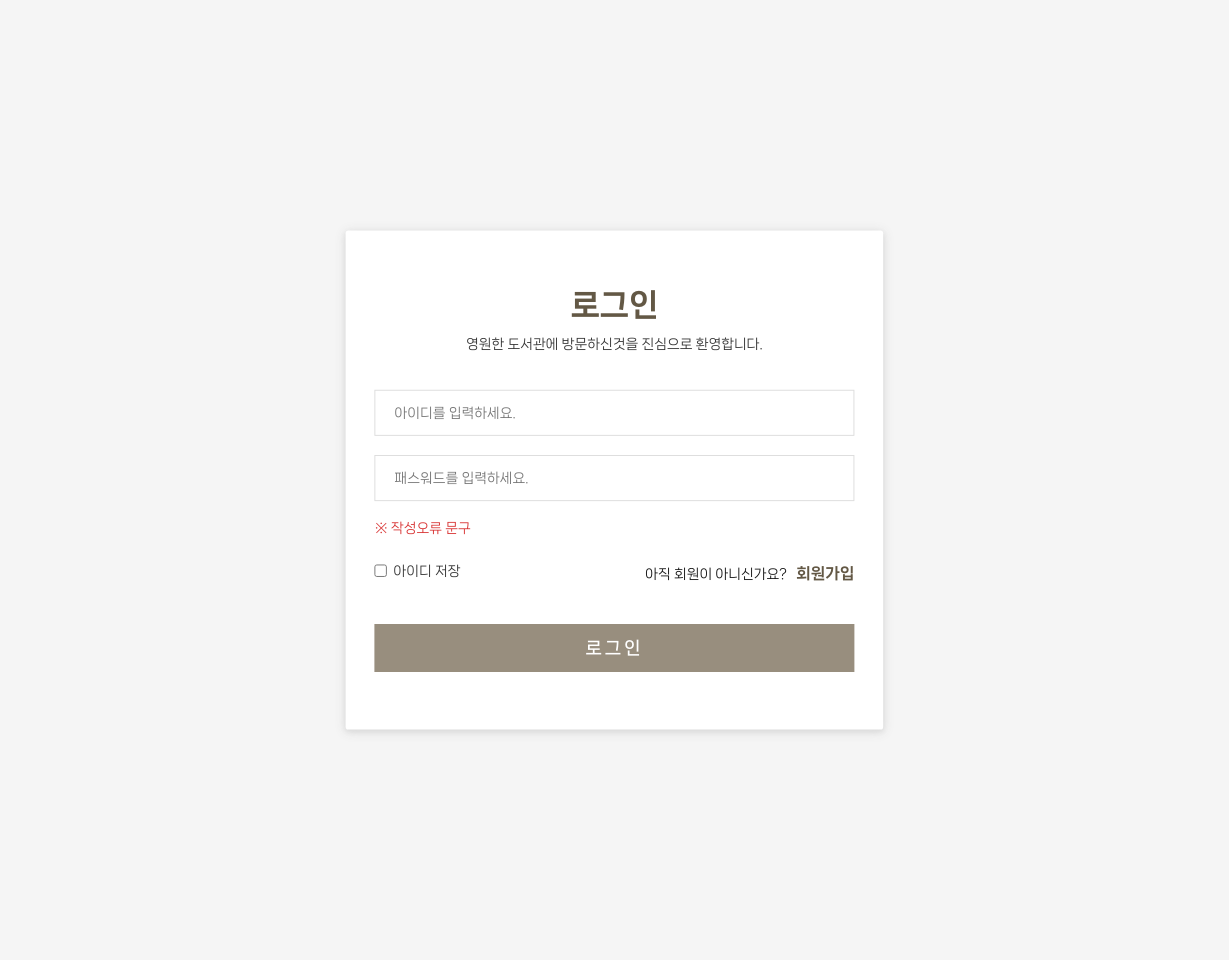
Repository: PacJ/spring_project
Page: http://localhost/spring_project/WEB-INF/views/user/login.jsp
An editor plug-in stored every save of this project. The page is shown before and after the next save, followed by the edit.
The browser window is 1280 px wide. The pictures show the whole page, at 96% of full size.
The page is served by Tomcat 9. Nobody is signed in. Other server files are loaded and not shown. The template is opened directly, without the code that normally fills it, so the values that code supplies are empty.

Above is the page before, as saved 2023-03-07 04:41:44.

### spring_project/src/main/webapp/WEB-INF/views/user/login.jsp
<%@ page language="java" contentType="text/html; charset=UTF-8"
    pageEncoding="UTF-8"%>
<%@ taglib prefix="c" uri="http://java.sun.com/jsp/jstl/core"%>
<!DOCTYPE html>
<head>
	<link href="${pageContext.request.contextPath}/resources/css/sign.css"
    rel="stylesheet">
    <link href="${pageContext.request.contextPath}/resources/css/main.css"
    rel="stylesheet">
    <link href="${pageContext.request.contextPath}/resources/css/common.css"
    rel="stylesheet">
</head>
   <!-- login -->
        <section class="sign_area">
            <article class="inner">
                <h2>로그인</h2>
                <p>영원한 도서관에 방문하신것을 진심으로 환영합니다.</p>
                <form class="login_form" action="login.do" method="post">
                    <input type="text" name="userId" placeholder="아이디를 입력하세요." />
                    <input type="password" name="userPw" placeholder="패스워드를 입력하세요." />
                    <p class="on">※ 작성오류 문구</p>
                    <div>
                        <input type="checkbox" id="save_id" value="">
                        <label for="save_id">&nbsp;&nbsp;아이디 저장</label>
                        <p>아직 회원이 아니신가요?<a href="#">회원가입</a></p>
                    </div>
                    <button type="submit">로그인</button>
                </form>
            </article>
        </section>

### spring_project/src/main/webapp/resources/css/sign.css
@charset "UTF-8";
/* sign area */
.sign_area {
  width: 100%;
  height: auto;
  min-height: 100%;
  box-sizing: border-box;
  padding: 240px 0;
  background-color: #f5f5f5;
}

.sign_area .inner {
  width: 560px;
  height: auto;
  padding: 60px 30px;
  overflow: hidden;
  box-sizing: border-box;
  background-color: #fff;
  margin: auto;
  box-shadow: 0 2px 12px 0 #dbdbdb, 0 2px 5px 0 #dbdbdb;
  border-radius: 3px;
}

.sign_area .inner > h2 {
  font-family: 'neo_eb';
  font-size: 32px;
  color: #635845;
  margin-bottom: 15px;
  text-align: center;
}

.sign_area .inner > p {
  font-size: 14px;
  color: #333;
  margin-bottom: 40px;
  text-align: center;
}

/* 로그인 */

.sign_area .inner .login_form > input {
  width: 100%;
  height: 48px;
  border: 1px solid #ddd;
  color: #666;
  box-sizing: border-box;
  padding: 5px 20px;
  font-size: 14px;
  margin-bottom: 20px;
}

.sign_area .inner .login_form > input:focus {
  outline: 2px solid #988e7e;
}

.sign_area .inner .login_form > p {
  font-size: 14px;
  color: #d83333;
  margin-bottom: 30px;
  display: none;
}

.sign_area .inner .login_form > p.on {
  display: block;
}

.sign_area .inner .login_form > div {
  width: 100%;
  height: auto;
  display: inline-block;
}

.sign_area .inner .login_form > div label {
  font-size: 14px;
  color: #333;
}

.sign_area .inner .login_form > div label,
.sign_area .inner .login_form > div input {
  float: left;
  user-select: none;
  cursor: pointer;
  line-height: 14px;
}

.sign_area .inner .login_form > div p {
  float: right;
  font-size: 14px;
}

.sign_area .inner .login_form > div p a {
  font-size: 16px;
  margin-left: 10px;
  color: #635845;
  font-family: 'neo_eb';
}

.sign_area .inner .login_form > button {
  width: 100%;
  margin-top: 40px;
  font-size: 18px;
  background-color: #988e7e;
  color: #fff;
  padding: 15px 0;
  font-family: 'neo_b';
  letter-spacing: 3px;
}

/* 회원가입 */

.sign_area .inner .signup_form ul li {
  width: 100%;
  height: auto;
  margin-bottom: 20px;
  display: inline-block;
}

.sign_area .inner .signup_form ul li > * {
  float: left;
}

.sign_area .inner .signup_form ul li h4 {
  font-family: 'neo_b';
  width: 100%;
  height: auto;
  font-size: 14px;
  font-weight: 700;
  color: #333;
  margin-bottom: 10px;
}

.sign_area .inner .signup_form ul li input {
  width: 100%;
  height: 48px;
  border: 1px solid #ddd;
  color: #666;
  box-sizing: border-box;
  padding: 5px 20px;
  font-size: 14px;
}

.sign_area .inner .signup_form ul li input:focus {
  outline: 2px solid #988e7e;
}

.sign_area .inner .signup_form ul li p {
  width: 100%;
  font-size: 14px;
  color: #d83333;
  display: none;
  margin-top: 10px;
}

.sign_area .inner .signup_form ul li p.on {
  display: block;
}

.sign_area .inner .signup_form ul .id_input input {
  width: calc(50% - 5px);
  margin-right: 10px;
}

.sign_area .inner .signup_form ul .id_input button {
  width: calc(50% - 5px);
  height: 48px;
  font-size: 16px;
  box-sizing: border-box;
  border: 2px solid #988e7e;
  background-color: #fff;
  color: #635845;
  font-family: 'neo_b';
}

.sign_area .inner .signup_form ul .id_input button:hover {
  background-color: #ebe6dd;
}

.sign_area .inner .signup_form ul .addr_input input {
  margin-bottom: 10px;
}

.sign_area .inner .signup_form ul .addr_input input:first-of-type {
  width: calc(50% - 5px);
  margin-right: 10px;
}

.sign_area .inner .signup_form ul .addr_input button {
  width: calc(50% - 5px);
  height: 48px;
  font-size: 16px;
  box-sizing: border-box;
  border: 2px solid #988e7e;
  background-color: #fff;
  color: #635845;
  font-family: 'neo_b';
}

.sign_area .inner .signup_form ul .addr_input button:hover {
  background-color: #ebe6dd;
}

.sign_area .inner .signup_form ul .addr_input input:read-only {
  background-color: #eee;
  cursor: no-drop;
}

.sign_area .inner .signup_form ul .sex_input button {
  width: 50%;
  height: 48px;
  border: 2px solid #635845;
  background-color: #fff;
  color: #635845;
  font-family: 'neo_b';
  font-size: 16px;
  text-align: center;
  box-sizing: border-box;
  line-height: 45px;
  letter-spacing: 3px;
}

.sign_area .inner .signup_form ul .sex_input button.active {
  background-color: #635845;
  color: #fff;
}

.sign_area .inner .signup_form ul .sex_input label:nth-of-type(1) {
  border-right: 1px solid #635845;
}

.sign_area .inner .signup_form ul .sex_input label:nth-of-type(2) {
  border-left: 1px solid #635845;
}

.sign_area .inner .signup_form > button {
  width: 100%;
  margin-top: 40px;
  font-size: 18px;
  background-color: #988e7e;
  color: #fff;
  padding: 15px 0;
  font-family: 'neo_b';
  letter-spacing: 3px;
}

@media (max-width: 700px) {
  /* sign area */
  .sign_area {
    width: 100%;
    height: auto;
    min-height: 100%;
    box-sizing: border-box;
    padding: 80px 15px;
    background-color: #f5f5f5;
  }

  .sign_area .inner {
    width: 100%;
    padding: 60px 15px;
  }

  .sign_area .inner > h2 {
    font-size: 24px;
  }

  .sign_area .inner > p {
    font-size: 11px;
    margin-bottom: 25px;
  }

  /* 로그인 */

  .sign_area .inner .login_form > input {
    height: 40px;
    margin-bottom: 15px;
  }

  .sign_area .inner .login_form > input:focus {
    outline: 2px solid #988e7e;
  }

  .sign_area .inner .login_form > p {
    font-size: 11px;
  }

  .sign_area .inner .login_form > div label {
    font-size: 11px;
  }

  .sign_area .inner .login_form > div label,
  .sign_area .inner .login_form > div input {
    line-height: 13px;
  }

  .sign_area .inner .login_form > div p {
    font-size: 11px;
  }

  .sign_area .inner .login_form > div p a {
    font-size: 11px;
  }

  .sign_area .inner .login_form > button {
    margin-top: 30px;
    font-size: 14px;
    padding: 10px 0;
  }

  /* 회원가입 */

  .sign_area .inner .signup_form ul li h4 {
    font-size: 13px;
  }

  .sign_area .inner .signup_form ul li input {
    height: 40px;
    padding: 5px 10px;
    font-size: 13px;
  }

  .sign_area .inner .signup_form ul li p {
    font-size: 11px;
  }

  .sign_area .inner .signup_form ul .id_input input {
    width: calc(50% - 5px);
    margin-right: 10px;
  }

  .sign_area .inner .signup_form ul .id_input button {
    height: 40px;
    font-size: 13px;
  }

  .sign_area .inner .signup_form ul .addr_input button {
    height: 40px;
    font-size: 13px;
  }

  .sign_area .inner .signup_form ul .sex_input button {
    height: 40px;
    font-size: 13px;
    line-height: 38px;
    letter-spacing: 3px;
  }

  .sign_area .inner .signup_form > button {
    margin-top: 40px;
    font-size: 14px;
    padding: 10px 0;
  }
}

### spring_project/src/main/webapp/resources/css/common.css
@charset "UTF-8";
/* font list */
@font-face {
  font-family: 'neo_l';
  font-display: auto;
  font-weight: 400;
  src: url('../assets/font/NanumSquareNeoOTF-aLt.otf') format('OpenType');
}
@font-face {
  font-family: 'neo_r';
  font-display: auto;
  font-weight: 500;
  src: url('../../assets/font/NanumSquareNeoOTF-bRg.otf') format('OpenType');
}
@font-face {
  font-family: 'neo_b';
  font-display: auto;
  font-weight: 600;
  src: url('../../assets/font/NanumSquareNeoOTF-cBd.otf') format('OpenType');
}
@font-face {
  font-family: 'neo_eb';
  font-display: auto;
  font-weight: 700;
  src: url('../../assets/font/NanumSquareNeoOTF-dEb.otf') format('OpenType');
}
@font-face {
  font-family: 'neo_hb';
  font-display: auto;
  font-weight: 800;
  src: url('../../assets/font/NanumSquareNeoOTF-eHv.otf') format('OpenType');
}

/* css reset */
* {
  margin: 0;
  padding: 0;
  font-family: 'neo_r';
  font-size: 16px;
  color: #141414;
  transition: 0.3s;
}

html,
body {
  width: 100%;
  height: auto;

  background-color: #ffffff;
}

a,
a:link,
a:hover,
a:active,
a:visited {
  color: #141414;
  text-decoration: none;
  cursor: pointer;
}

ul,
ul li {
  list-style: none;
}

button,
button:focus {
  border: 0;
  background-color: #ffffff;
  outline: 0;
  cursor: pointer;
}

.wrap {
  position: relative;
  width: 100%;
  height: auto;
  min-width: 1600px;
  min-height: calc(100% - 120px);
}

/* mob menu ani */
.menu-trigger {
  display: none;
}

/* pc 로그인_회원가입 영역 */
.sign_area_pc {
  width: 100%;
  height: auto;
  background-color: #dddddd;
}

.sign_area_pc p {
  width: 1400px;
  height: auto;
  font-family: 'neo_r';
  font-size: 16px;
  color: #666666;
  text-align: right;
  padding: 12px 0 12px 0;
  margin: 0 auto;
}

.sign_area_pc p span {
  font-family: 'neo_r';
  font-size: 14px;
  color: #666666;
  text-align: right;
  margin: 0 20px 0 20px;
}

.sign_area_pc p a {
  font-family: 'neo_r';
  font-size: 16px;
  color: #666666;
  text-align: right;
}

.sign_area_mob {
  display: none;
}

/* pc nav */
.nav_area {
  position: sticky;
  top: 0px;
  width: 100%;
  height: 80px;
  background-color: #ffffff;
  z-index: 1000;
  box-shadow: 0 8px 8px -4px #00000022;
}

.nav_area .inner {
  width: 1400px;
  height: 80px;
  margin: 0 auto;
  clear: both;
}

.nav_area .inner > a {
  height: 80px;
  display: inline-block;
}

.nav_area .inner > a .logo {
  height: 80px;
}

.nav_area .inner ul {
  float: right;
}

.nav_area .inner ul li {
  float: left;
  margin-left: 80px;
}

.nav_area .inner ul li > a {
  height: 80px;
  line-height: 80px;
  font-family: 'neo_b';
  font-size: 18px;
  color: #666666;
  text-align: right;
}

.nav_area .inner ul li > a:hover,
.nav_area .inner ul li > a.active {
  font-family: 'neo_eb';
  color: #141414;
}

.sign_area_mob {
  display: none;
}

/* footer */
.footer_area {
  width: 100%;
  height: auto;
  background-color: #dddddd;
  padding: 60px 0 40px 0;
}

.footer_area .inner {
  width: 1400px;
  height: auto;
  margin: 0 auto;
}

.footer_area .inner p,
.footer_area .inner p span {
  font-family: 'neo_r';
  font-size: 18px;
  color: #666666;
  margin-bottom: 20px;
}

.footer_area .inner p span {
  margin-left: 20px;
}

.footer_area .inner p br {
  display: none;
}

/* popup */

.popup_back {
  position: fixed;
  top: 0;
  left: 0;
  z-index: 3000;
  background-color: #00000055;
  width: 100%;
  height: 100%;
  display: none;
}

.popup_back.on {
  display: block;
}

.popup_back .popup {
  position: absolute;
  top: 50%;
  left: 50%;
  width: 500px;
  height: 250px;
  box-sizing: border-box;
  margin-top: -125px;
  margin-left: -250px;
  background-color: #fff;
  padding: 20px;
}

.popup_back .popup p {
  color: #141414;
  font-size: 18px;
  font-family: 'neo_b';
  width: 100%;
  height: 150px;
  text-align: center;
  line-height: 150px;
}

.popup_back .popup button {
  width: 100%;
  height: 60px;
  background-color: #988e7e;
  color: #fff;
  font-size: 18px;
  font-family: 'neo_eb';
}

/* 서브페이지 템플릿 */

.subpage_wrap {
  width: 100%;
  height: auto;
  min-height: 1000px;
  background-color: #ffdada;
  padding: 80px 0 80px 0;
}

.subpage_wrap .inner {
  width: 1000px;
  height: auto;
  margin: 0 auto;
}

.subpage_wrap .inner h2 {
  font-size: 34px;
  font-family: 'neo_eb';
  color: #635845;
  margin-bottom: 40px;
  text-align: center;
}

.subpage_wrap .inner .contents {
  width: 100%;
  height: auto;
  background-color: #ffffff;
}

@media (max-width: 700px) {
  .wrap {
    min-width: 0;
  }

  /* pc 로그인_회원가입 영역 none */
  .sign_area_pc {
    display: none;
  }

  .sign_area_mob {
    display: block;
  }

  /* mob nav */
  .nav_area {
    height: 60px;
  }

  .nav_area .inner {
    width: 100%;
    height: 60px;
  }

  .nav_area .inner > * {
    float: left;
  }

  .nav_area .inner > a {
    height: 60px;
    display: block;
    margin-left: 15px;
  }

  .nav_area .inner > a .logo {
    height: 60px;
  }

  .nav_area .inner ul {
    width: 100%;
    height: 0;
    float: none;
    position: absolute;
    top: 60px;
    background-color: #988e7e;
    border-radius: 0 0 20px 20px;
    overflow: hidden;
  }

  .nav_area .inner ul.active {
    height: 348px;
    box-shadow: 0 8px 8px -2px #00000033;
  }

  .nav_area .inner ul li {
    float: none;
    margin: 0;
    text-align: center;
    background-color: #eeeeee;
  }

  .nav_area .inner ul li > a {
    height: 60px;
    line-height: 60px;
    font-size: 16px;
    color: #666666;
    text-align: center;
  }

  .nav_area .inner ul li > a:hover {
    font-family: 'neo_eb';
    color: #141414;
  }

  .nav_area .inner ul li:nth-of-type(5) {
    border-radius: 0 0 20px 20px;
  }

  .sign_area_mob {
    display: block;
  }

  .nav_area .inner ul .sign_area_mob {
    height: auto;
    padding: 15px 0 15px 0;
    background-color: #988e7e;
    border-radius: 0 0 20px 20px;
  }

  .nav_area .inner ul .sign_area_mob > p {
    text-align: center;
    font-size: 14px;
    color: #fff;
    line-height: 18px;
  }

  .nav_area .inner ul .sign_area_mob a {
    display: inline-block;
    font-size: 14px;
    color: #fff;
  }

  .nav_area .inner ul .sign_area_mob span {
    margin: 0 20px 0 20px;
    font-size: 13px;
    color: #fff;
  }

  /* menu ani */
  .menu-trigger {
    margin: 15px 20px;
    float: right !important;
  }

  .menu-trigger,
  .menu-trigger span {
    display: inline-block;
    transition: all 0.4s;
    box-sizing: border-box;
  }

  .menu-trigger {
    position: relative;
    width: 34px;
    height: 30px;
    display: block;
  }

  .menu-trigger span {
    position: absolute;
    left: 0;
    width: 100%;
    height: 4px;
    background-color: #988e7e;
    border-radius: 2px;
  }

  .menu-trigger span:nth-of-type(1) {
    top: 0;
  }

  .menu-trigger span:nth-of-type(2) {
    top: 13px;
  }

  .menu-trigger span:nth-of-type(3) {
    bottom: 0;
  }

  .menu-trigger.active span:nth-of-type(1) {
    -webkit-transform: translateY (14px) rotate (-45deg);
    transform: translateY(14px) rotate(-45deg);
  }

  .menu-trigger.active span:nth-of-type(2) {
    opacity: 0;
  }

  .menu-trigger.active span:nth-of-type(3) {
    -webkit-transform: translateY(-12px) rotate(45deg);
    transform: translateY(-12px) rotate(45deg);
  }

  /* footer */
  .footer_area {
    width: calc(100% - 40px);
    padding: 40px 20px 20px 20px;
  }

  .footer_area .inner {
    width: 100%;
  }

  .footer_area .inner p,
  .footer_area .inner p span {
    line-height: 25px;
    text-align: center;
    font-size: 11px;
    margin-bottom: 15px;
  }

  .footer_area .inner p span {
    margin-left: 20px;
  }

  .footer_area .inner p br {
    display: block;
  }

  .footer_area .inner p span:first-of-type {
    margin-left: 0;
  }

  /* popup */

  .popup_back .popup {
    position: absolute;
    top: 30%;
    left: 0;
    width: calc(100% - 30px);
    height: auto;
    margin-top: 0;
    margin-left: 0;
    padding: 20px;
    margin: 15px;
  }

  .popup_back .popup p {
    height: auto;
    font-size: 14px;
    line-height: 25px;
    padding: 40px 0;
  }

  .popup_back .popup button {
    height: 40px;
    font-size: 14px;
  }

  /* 서브페이지 템플릿 */

  .subpage_wrap {
    min-height: 0;
    padding: 60px 15px;
    box-sizing: border-box;
  }

  .subpage_wrap .inner {
    width: 100%;
  }

  .subpage_wrap .inner h2 {
    font-size: 21px;
    margin-bottom: 30px;
  }
}

Loaded but not shown: spring_project/src/main/webapp/resources/js/jquery-3.6.3.js (library); spring_project/src/main/webapp/resources/js/scripts.js (47 lines, source omitted); spring_project/src/main/webapp/resources/css/main.css (737 lines, source omitted)

After the next save:
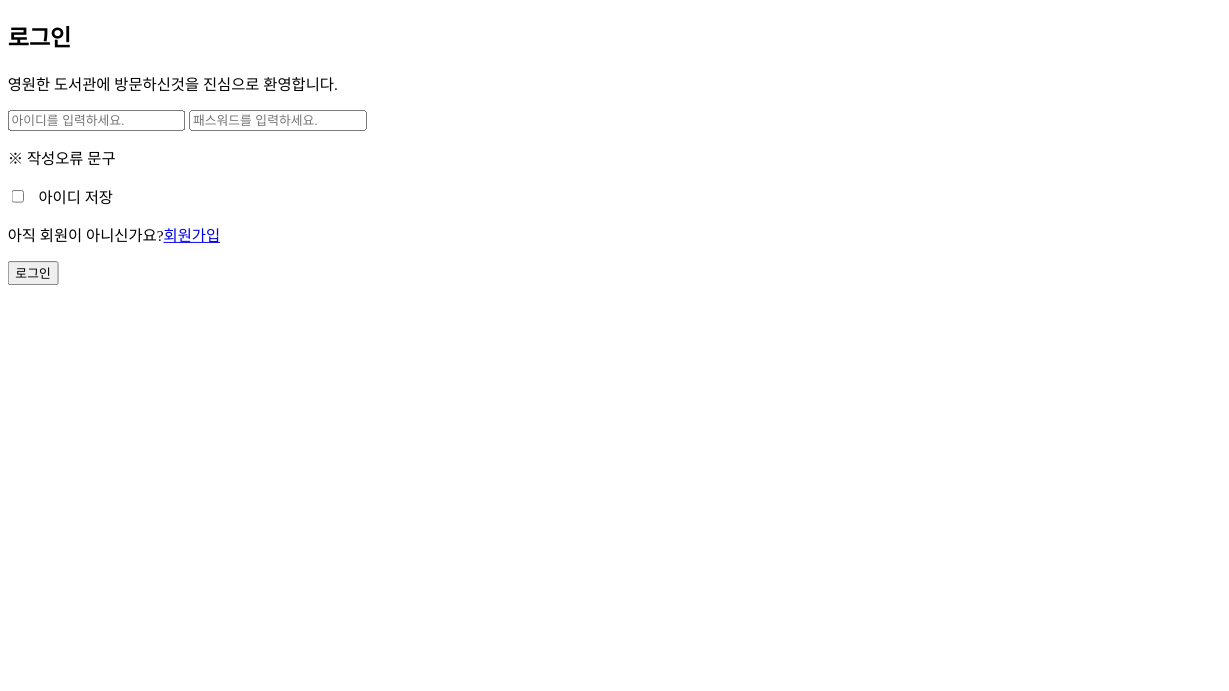
Saved 53 s later.
--- a/spring_project/src/main/webapp/WEB-INF/views/user/login.jsp
+++ b/spring_project/src/main/webapp/WEB-INF/views/user/login.jsp
@@ -2,14 +2,7 @@
     pageEncoding="UTF-8"%>
 <%@ taglib prefix="c" uri="http://java.sun.com/jsp/jstl/core"%>
 <!DOCTYPE html>
-<head>
-	<link href="${pageContext.request.contextPath}/resources/css/sign.css"
-    rel="stylesheet">
-    <link href="${pageContext.request.contextPath}/resources/css/main.css"
-    rel="stylesheet">
-    <link href="${pageContext.request.contextPath}/resources/css/common.css"
-    rel="stylesheet">
-</head>
+
    <!-- login -->
         <section class="sign_area">
             <article class="inner">

After the 2 saves that followed:
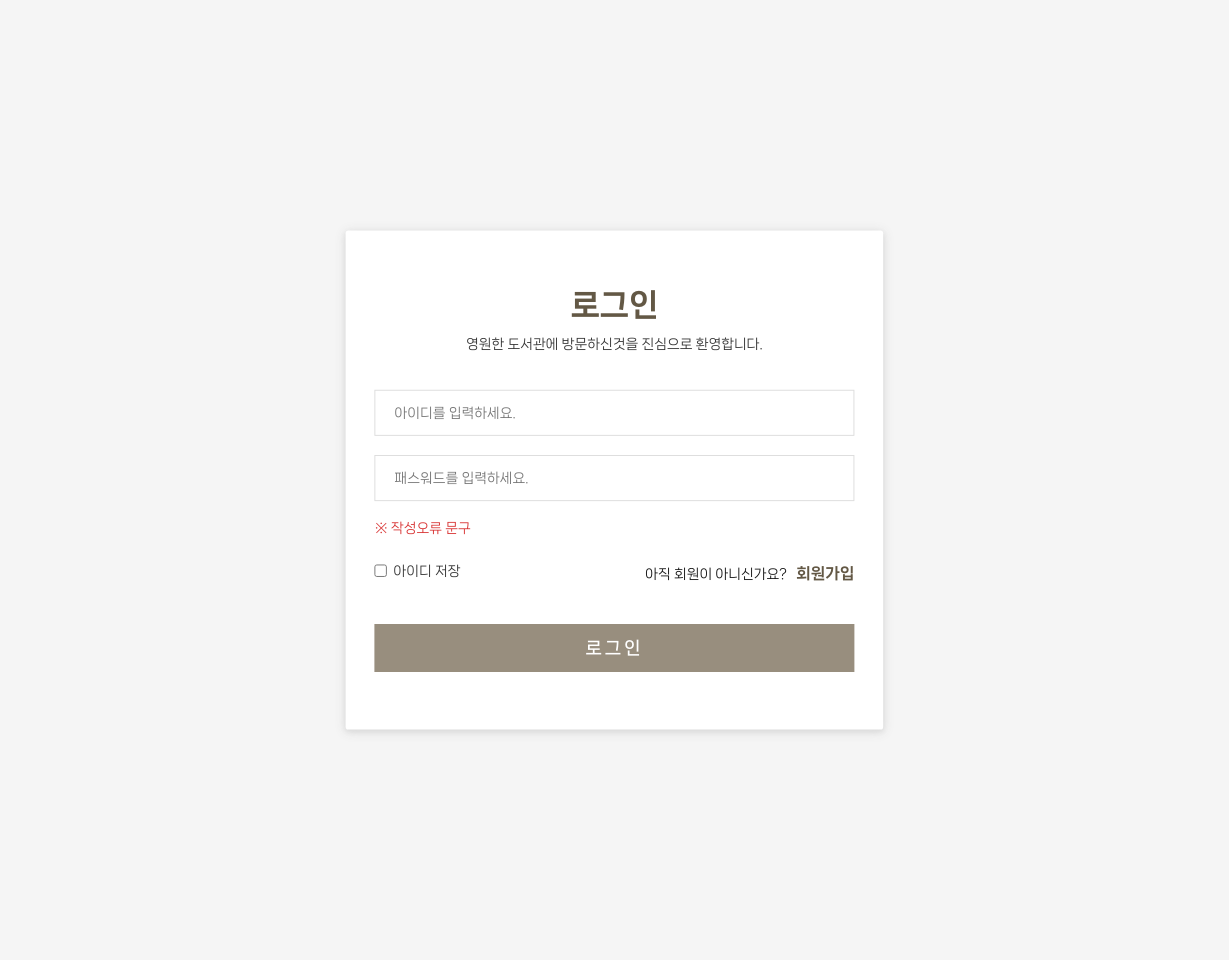
The 2 saves are shown as one change because 1 left the picture as it was.
The last was saved 33 s later.
--- a/spring_project/src/main/webapp/WEB-INF/views/user/login.jsp
+++ b/spring_project/src/main/webapp/WEB-INF/views/user/login.jsp
@@ -2,6 +2,21 @@
     pageEncoding="UTF-8"%>
 <%@ taglib prefix="c" uri="http://java.sun.com/jsp/jstl/core"%>
 <!DOCTYPE html>
+<head>
+   <!-- style -->
+	<link href="${pageContext.request.contextPath}/resources/css/sign.css"
+    rel="stylesheet">
+    <link href="${pageContext.request.contextPath}/resources/css/main.css"
+    rel="stylesheet">
+    <link href="${pageContext.request.contextPath}/resources/css/common.css"
+    rel="stylesheet">
+
+   <!-- script -->
+
+   <script type="text/javascript" src="${pageContext.request.contextPath}/resources/js/jquery-3.6.3.js"></script>
+   <script src="//t1.daumcdn.net/mapjsapi/bundle/postcode/prod/postcode.v2.js"></script>
+   <script defer type="text/javascript" src="${pageContext.request.contextPath}/resources/js/scripts.js"></script>
+</head>
 
    <!-- login -->
         <section class="sign_area">
